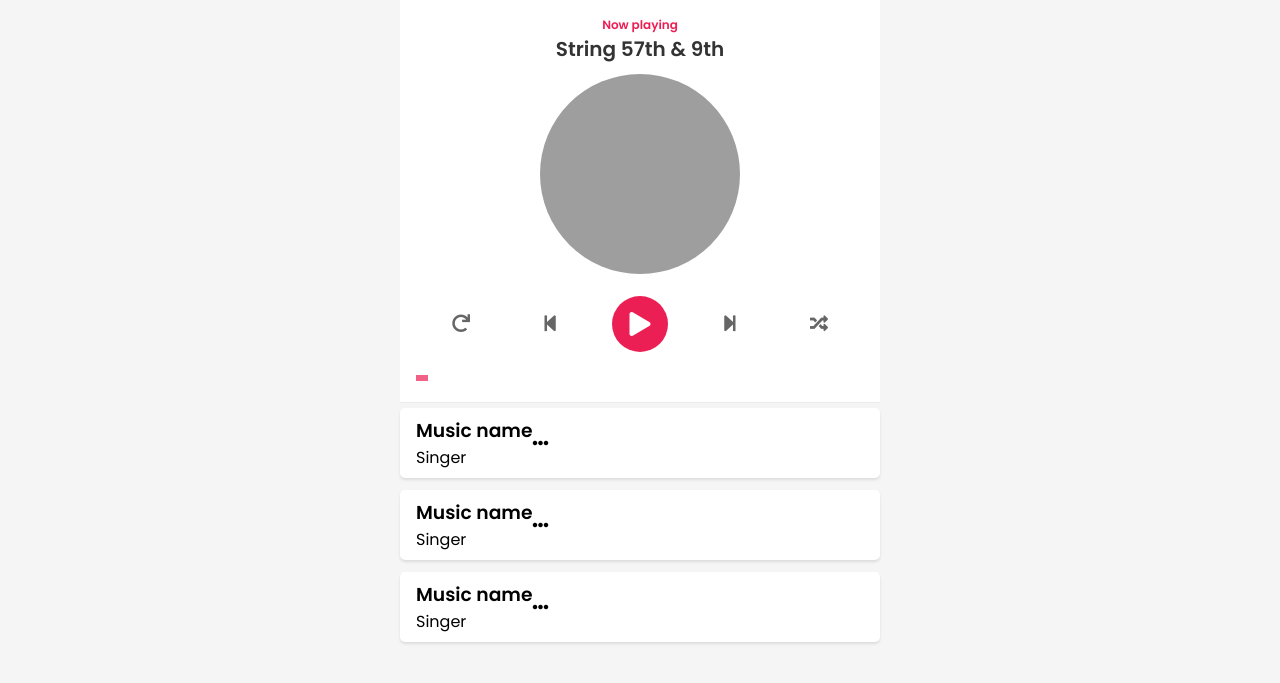
Repository: NBlue/Music_Player
Page: index.html
An editor plug-in stored every save of this project. The page is shown before and after the next save, followed by the edit.
The browser window is 1280 px wide. The pictures show the whole page.
Pictures or frames that could not be fetched are drawn as grey boxes.

Above is the page before, as saved 2021-10-12 23:18:56.

### index.html
<!DOCTYPE html>
<html lang="en">
    <head>
        <meta charset="UTF-8" />
        <meta http-equiv="X-UA-Compatible" content="IE=edge" />
        <meta name="viewport" content="width=device-width, initial-scale=1.0" />
        <title>Music player</title>
        <link
            rel="stylesheet"
            href="https://cdnjs.cloudflare.com/ajax/libs/font-awesome/5.15.2/css/all.min.css"
            integrity="sha512-HK5fgLBL+xu6dm/Ii3z4xhlSUyZgTT9tuc/hSrtw6uzJOvgRr2a9jyxxT1ely+B+xFAmJKVSTbpM/CuL7qxO8w=="
            crossorigin="anonymous"
        />
        <link rel="preconnect" href="https://fonts.gstatic.com" />
        <link
            href="https://fonts.googleapis.com/css2?family=Poppins:wght@300;400;600&display=swap"
            rel="stylesheet"
        />

        <link rel="stylesheet" href="./assets/css/style.css" />
    </head>
    <body>
        <div class="player">
            <!-- Dashboard - Bảng điều khiển -->
            <div class="dashboard">
                <!-- Header -->
                <header>
                    <h4>Now playing</h4>
                    <h2>String 57th & 9th</h2>
                </header>

                <!-- CD -->
                <div class="cd">
                    <div
                        class="cd-thumb"
                        style="
                            background-image: url(https://i.ytimg.com/vi/jTLhQf5KJSc/maxresdefault.jpg);
                        "
                    ></div>
                </div>

                <!-- Control -->
                <div class="control">
                    <div class="btn btn-repeat">
                        <i class="fas fa-redo"></i>
                    </div>
                    <div class="btn btn-prev">
                        <i class="fas fa-step-backward"></i>
                    </div>
                    <div class="btn btn-toggle-play">
                        <i class="fas fa-pause icon-pause"></i>
                        <i class="fas fa-play icon-play"></i>
                    </div>
                    <div class="btn btn-next">
                        <i class="fas fa-step-forward"></i>
                    </div>
                    <div class="btn btn-random">
                        <i class="fas fa-random"></i>
                    </div>
                </div>

                <input
                    type="range"
                    id="progress"
                    class="progress"
                    value="0"
                    step="1"
                    min="0"
                    max="100"
                />

                <audio src="" id="audio"></audio>
            </div>

            <!-- Playlist -->
            <div class="playlist">
                <div class="song">
                    <div
                        class="thumb"
                        style="
                            background-image: url(https://i.ytimg.com/vi/jTLhQf5KJSc/maxresdefault.jpg);
                        "
                    ></div>
                    <div class="body">
                        <h3 class="title">Music name</h3>
                        <p class="author">Singer</p>
                    </div>
                    <div class="option">
                        <i class="fas fa-ellipsis-h"></i>
                    </div>
                </div>
                <div class="song">
                    <div
                        class="thumb"
                        style="
                            background-image: url(https://i.ytimg.com/vi/jTLhQf5KJSc/maxresdefault.jpg);
                        "
                    ></div>
                    <div class="body">
                        <h3 class="title">Music name</h3>
                        <p class="author">Singer</p>
                    </div>
                    <div class="option">
                        <i class="fas fa-ellipsis-h"></i>
                    </div>
                </div>
                <div class="song">
                    <div
                        class="thumb"
                        style="
                            background-image: url(https://i.ytimg.com/vi/jTLhQf5KJSc/maxresdefault.jpg);
                        "
                    ></div>
                    <div class="body">
                        <h3 class="title">Music name</h3>
                        <p class="author">Singer</p>
                    </div>
                    <div class="option">
                        <i class="fas fa-ellipsis-h"></i>
                    </div>
                </div>
            </div>
        </div>
    </body>
</html>

### assets/css/style.css
:root {
    --primary-color: #ec1f55;
    --text-color: #333;
}

* {
    padding: 0;
    margin: 0;
    box-sizing: inherit;
}

body {
    background-color: #f5f5f5;
}

html {
    box-sizing: border-box;
    font-family: "Poppins", sans-serif;
}

.player {
    position: relative;
    max-width: 480px;
    margin: 0 auto;
}

.player .icon-pause {
    display: none;
}

.player.playing .icon-pause {
    display: inline-block;
}

.player.playing .icon-play {
    display: none;
}

.dashboard {
    padding: 16px 16px 14px;
    background-color: #fff;
    position: fixed;
    top: 0;
    width: 100%;
    max-width: 480px;
    border-bottom: 1px solid #ebebeb;
}

/* HEADER */
header {
    text-align: center;
    margin-bottom: 10px;
}

header h4 {
    color: var(--primary-color);
    font-size: 12px;
}

header h2 {
    color: var(--text-color);
    font-size: 20px;
}

/* CD */
.cd {
    display: flex;
    margin: auto;
    width: 200px;
}

.cd-thumb {
    width: 100%;
    padding-bottom: 100%;
    border-radius: 50%;
    background-color: #333;
    background-size: cover;
    margin: auto;
}

/* CONTROL */
.control {
    display: flex;
    align-items: center;
    justify-content: space-around;
    padding: 18px 0 8px 0;
}

.control .btn {
    color: #666;
    padding: 18px;
    font-size: 18px;
}

.control .btn.active {
    color: var(--primary-color);
}

.control .btn-toggle-play {
    width: 56px;
    height: 56px;
    border-radius: 50%;
    font-size: 24px;
    color: #fff;
    display: flex;
    align-items: center;
    justify-content: center;
    background-color: var(--primary-color);
}

.progress {
    width: 100%;
    height: 6px;
    -webkit-appearance: none; /*ẩn cái thanh process*/
    background: color #d3d3d3;
    outline: none;
    opacity: 0.7;
    -webkit-transition: 0.2s;
    transition: opacity 0.2s;
}

.progress::-webkit-slider-thumb {
    /* Css cho cái nút tròn tròn thành hình khác: thumb - ngón tay*/
    -webkit-appearance: none;
    appearance: none;
    width: 12px;
    height: 6px;
    background-color: var(--primary-color);
    cursor: pointer;
}

/* PLAYLIST */
.playlist {
    margin-top: 408px; /* Vì cái dashbroad được fixed nên nó chồi lên trên*/
}

.song {
    display: flex;
    align-items: center;
    margin-bottom: 12px;
    background-color: #fff;
    padding: 8px 16px;
    border-radius: 5px;
    box-shadow: 0 2px 3px rgba(0, 0, 0, 0.1);
}
.song.active {
    background-color: var(--primary-color);
}

.song:active {
    opacity: 0.8;
}

.song.active .option,
.song.active .author,
.song.active .title {
    color: #fff;
}
.thumb {
}
.body {
}
.title {
}
.author {
}
.option {
}
.fa-ellipsis-h {
}
.btn.btn-repeat {
}
.fas.fa-redo {
}
.btn.btn-prev {
}
.fas.fa-step-backward {
}
.btn.btn-toggle-play {
}
.fas.fa-pause.icon-pause {
}
.fas.fa-play.icon-play {
}
.btn.btn-next {
}
.fas.fa-step-forward {
}
.btn.btn-random {
}
.fas.fa-random {
}
.fas.fa-ellipsis-h {
}

After the next save:
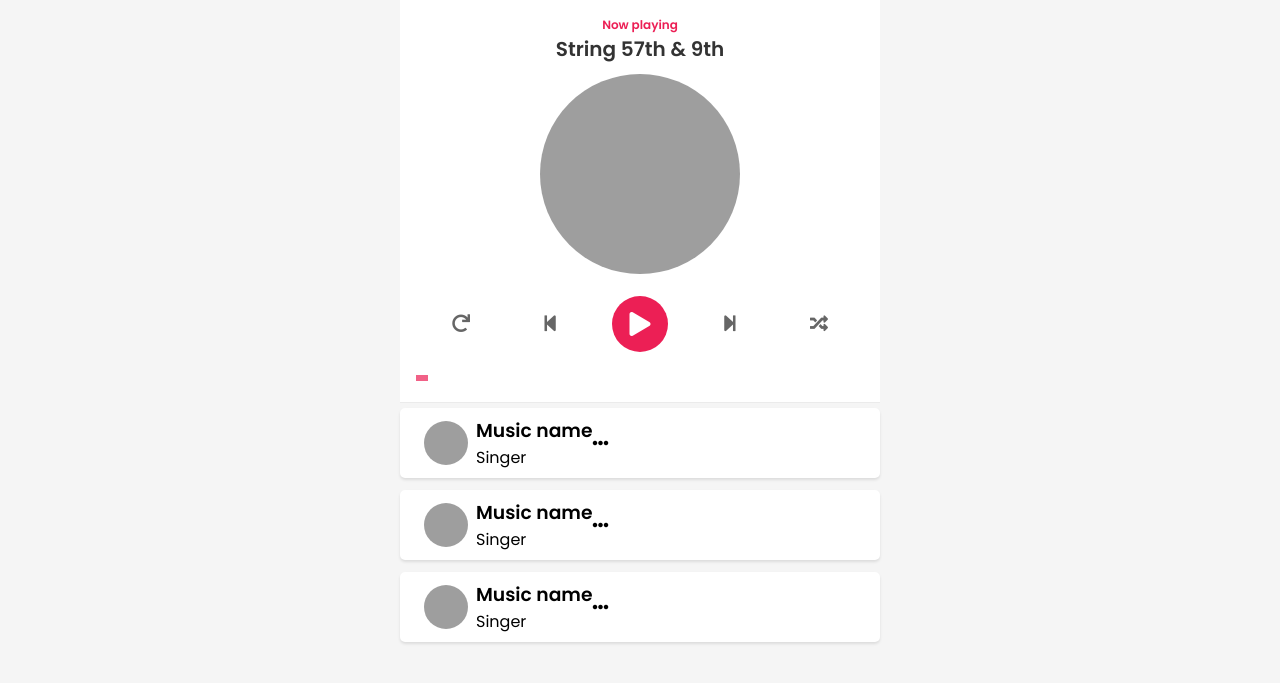
Saved 2 min 34 s later.
--- a/assets/css/style.css
+++ b/assets/css/style.css
@@ -156,7 +156,12 @@ header h2 {
 .song.active .title {
     color: #fff;
 }
-.thumb {
+.song .thumb {
+    width: 44px;
+    height: 44px;
+    border-radius: 50%;
+    background-size: cover;
+    margin: 0 8px;
 }
 .body {
 }
